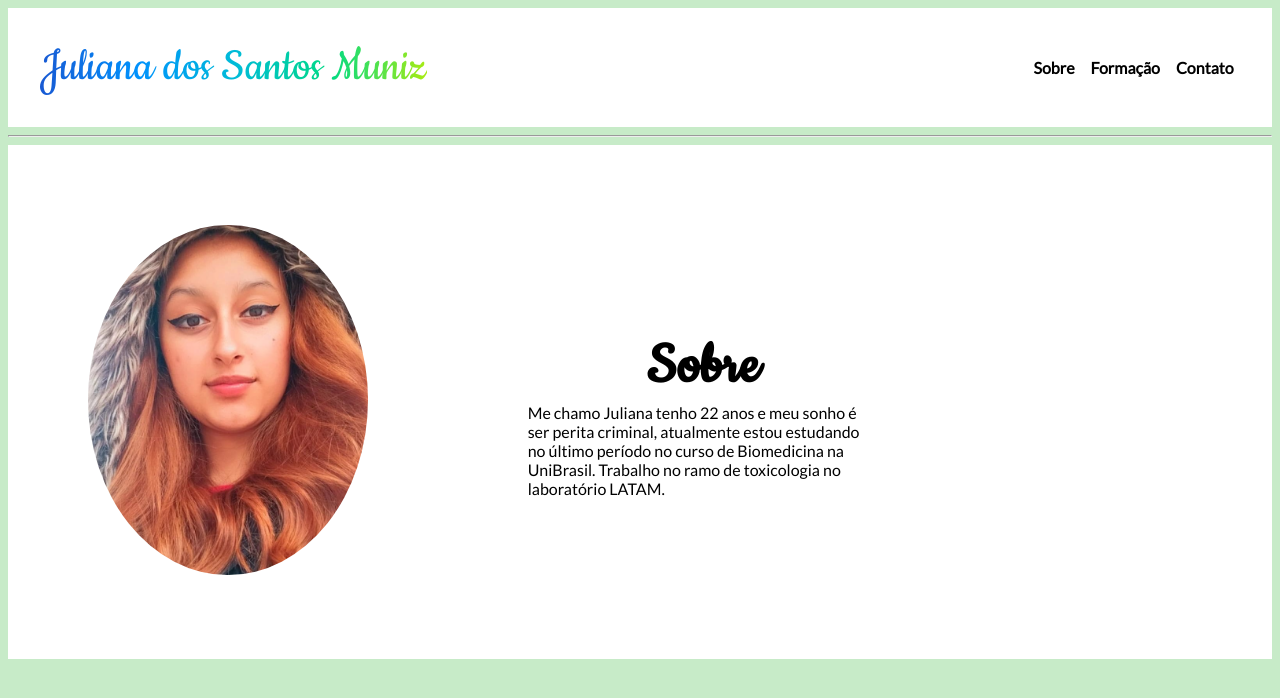
Repository: joaovnogueira/Portfolio-Juliana
Page: index.html
These files come from the project's save history. The page is drawn as it stood at one moment and after the next save; the edit follows.
The browser window is 1280 px wide. The pictures show the whole page.

Above is the page before, as saved 2022-06-14 16:16:39.

### index.html
<!DOCTYPE html>
<html lang="en">
<head>
    <link rel="stylesheet" href="styles.css">
    <meta charset="UTF-8">
    <meta http-equiv="X-UA-Compatible" content="IE=edge">
    <meta name="viewport" content="width=device-width, initial-scale=1.0">
    <title>Portfólio Juliana</title>
</head>
<body>
    <header>
        <nav>
            <div class="logo">Juliana dos Santos Muniz</div>
            <div class="menu">
                <a href="">Sobre</a>
                <a href="">Formação</a>
                <a href="">Contato</a>
            </div>
        </nav>
    </header>
    <hr>
    <main>
        <div class="perfil">
            <div class="foto">
                <img src="./assets/foto-perfil.png" alt="Foto de perfil" class="fotoperfil">
            </div>
            <div class="conteudo">
                <h1>Sobre</h1>
                <p>Me chamo Juliana tenho 22 anos e meu sonho é ser perita criminal,
                atualmente estou estudando no último período no curso de Biomedicina na UniBrasil.
                Trabalho no ramo de toxicologia no laboratório LATAM.</p>
            </div>
        </div>
    </main>
    <footer></footer>
</body>
</html>

### styles.css
@import url('https://fonts.googleapis.com/css2?family=Cookie&display=swap');
@import url('https://fonts.googleapis.com/css2?family=Lato&display=swap');

body{
    background-color: #C7EBC8;
}

header {
    background-color: #FFFFFF;
    padding: 2rem;
    align-items: center;
}

nav{
    display: flex;
    justify-content: space-between;
    align-items: center;
}

.logo{
    font-family: 'Cookie', cursive;
    font-size: 50px;
    background-clip: text;
    -webkit-background-clip: text;
    background-image: linear-gradient(to right, #1859d3, #0091fc, #00bbd9, #00da84, #a8eb12);
    color: transparent;
}

.menu{
    font-family: 'Lato', sans-serif;
    font-weight: bold;
}

a{
    text-decoration: none;
    color: black;
    margin: .4rem;
}

hr{
    background-color: #FFFFFF;
}



.perfil {
    background-color: #FFFFFF;
    display: flex;
    padding: 5rem;
    align-items: center;
}

.foto{
    align-items: center;
    margin-right: 80px;
}

.conteudo{
    align-items: center;
    max-width: 350px;
    max-height: 100vh;
    text-align: center;
    vertical-align:middle;
    margin-left: 80px;


}

h1{
    font-family: 'Cookie', cursive;
    font-weight: bold;
    font-size: 64px;
    vertical-align:middle;
    margin-bottom: 1px;
}

p{
    margin-top: 1px;
    font-family: 'Lato', sans-serif;
    text-align: left;
}

.fotoperfil{
    border-radius: 50%;
    max-width:750px;
    max-height:350px;
    width: auto;
    height: auto;
}

.icon{
    max-width: 40px;
    max-height:40px;
}

After the next save:
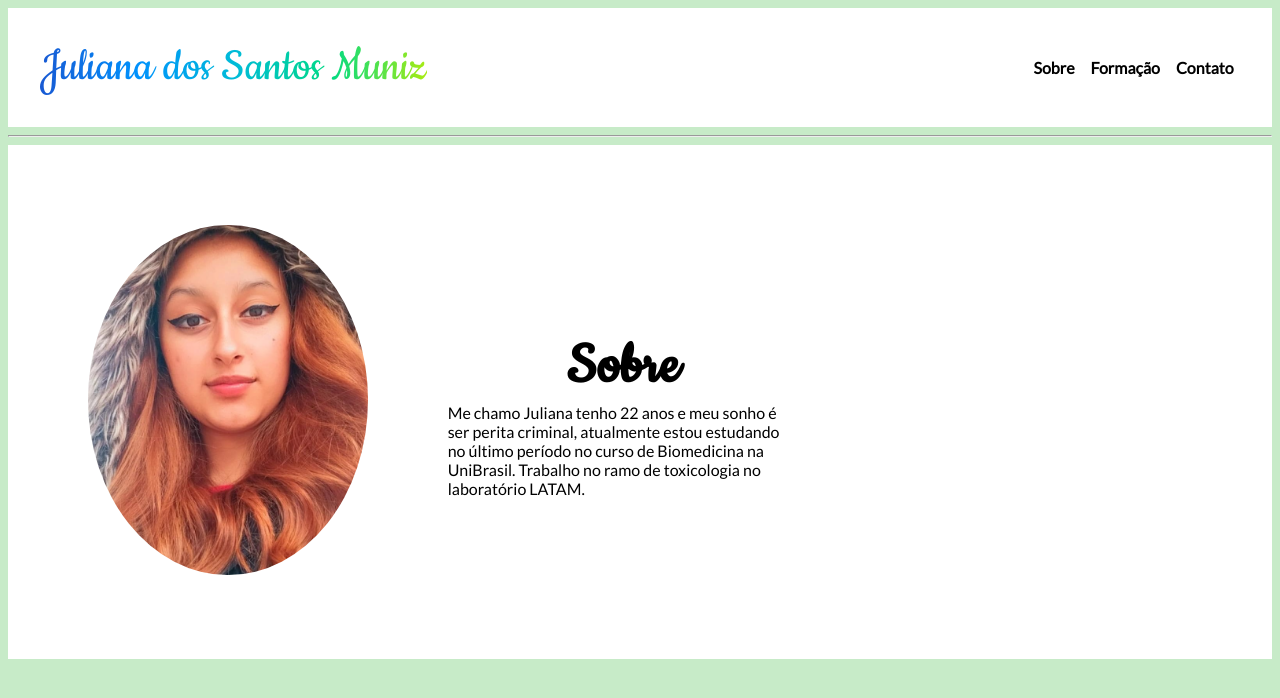
Saved 4 s later.
--- a/styles.css
+++ b/styles.css
@@ -61,7 +61,6 @@ hr{
     max-height: 100vh;
     text-align: center;
     vertical-align:middle;
-    margin-left: 80px;
 
 
 }
